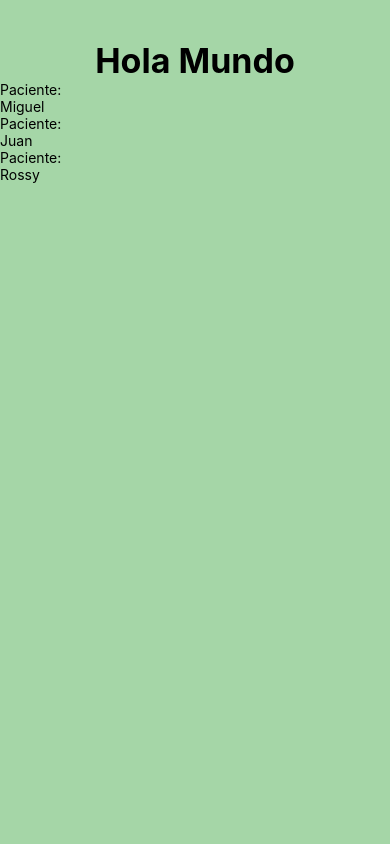
Repository: AleMicky/citas
Screen: /
These files come from the project's save history. The screen is drawn as it stood at one moment and after a run of saves; the edit follows.
The app was drawn by React Native's web renderer in a window 390 px wide. The project was rebuilt for these pictures with package versions that can differ from the ones it lists, and the page was loaded fresh each time.

Above is the screen before, as saved 2020-06-27 00:21:02.

### App.js
import React from 'react'
import { View, Text, StyleSheet, FlatList } from 'react-native'
import Cita from './src/components/Cita';

export default function App() {

  const [citas, setCitas] = React.useState([
      { id:'1', paciente:'Miguel', propietario:'Alejandro', sitomas: 'Tos' },
      { id:'2', paciente:'Juan', propietario:'Miguel', sitomas: 'No duerme' },
      { id:'3', paciente:'Rossy', propietario:'Camila', sitomas: 'No come' }
  ]);

  return (
    <View style={styles.contenedor}>
        <Text style={styles.titulo}>Hola Mundo</Text>
        <FlatList data = {citas}
                  renderItem = {({item}) => (<Cita item = {item}/>)}
                  keyExtractor = {citas => citas.id}
          />
    </View>
  )
}

const styles = StyleSheet.create({
  contenedor:{
    flex:1,
    backgroundColor:'#a5d6a7'
  },
  titulo:{
    marginTop:40,
    fontSize: 34,
    fontWeight:'bold',
    textAlign:'center'
  }
})

### src/components/Cita.js
import React from 'react';
import { Text, StyleSheet, View } from 'react-native';

const Cita = ({item}) => {

    const { paciente } = item;
    return (
        <View>
            <Text>Paciente: </Text>
            <Text>{paciente}</Text>
        </View>
    );
}
const styles = StyleSheet.create({

})
export default Cita;

After the next 2 saves:
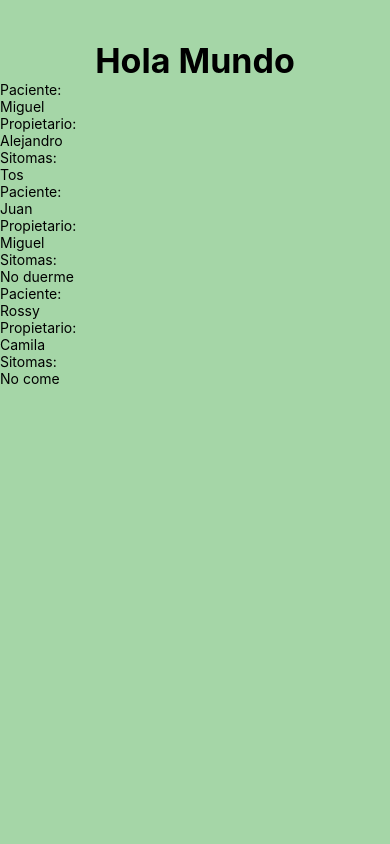
The 2 saves are shown as one change because 1 did not build or start.
The last was saved 87 s later.
--- a/src/components/Cita.js
+++ b/src/components/Cita.js
@@ -1,13 +1,23 @@
 import React from 'react';
 import { Text, StyleSheet, View } from 'react-native';
 
-const Cita = ({item}) => {
+const Cita = ({ item }) => {
 
-    const { paciente } = item;
+    const { paciente, propietario, sitomas } = item;
     return (
         <View>
-            <Text>Paciente: </Text>
-            <Text>{paciente}</Text>
+            <View>
+                <Text>Paciente: </Text>
+                <Text>{paciente}</Text>
+            </View>
+            <View>
+                <Text>Propietario: </Text>
+                <Text>{propietario}</Text>
+            </View>
+            <View>
+                <Text>Sitomas: </Text>
+                <Text>{sitomas}</Text>
+            </View>
         </View>
     );
 }
